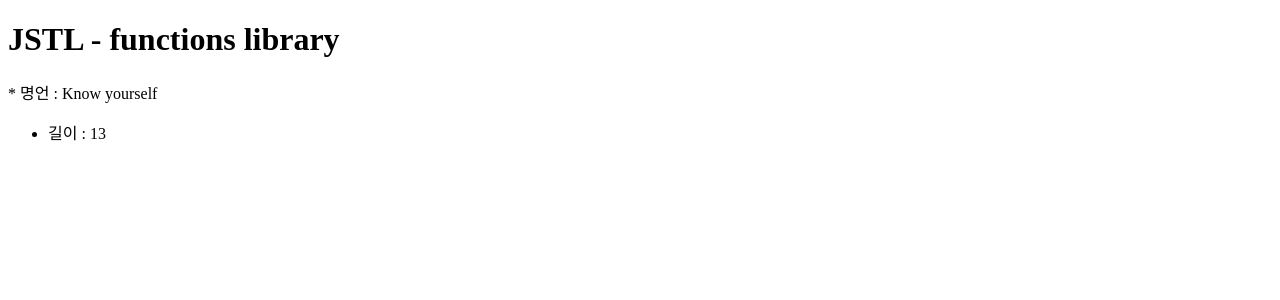
Repository: Developer-Choi-Jae-Young/ServletPractice
Page: http://localhost/3_elAction/views/3_Custom_Action/03_fn.jsp
These files come from the project's save history. The page is drawn as it stood at one moment and after a run of saves; the edit follows.
The browser window is 1280 px wide. The pictures show the whole page.
The page is served by Tomcat 9. Other server files are loaded and not shown.

Above is the page before, as saved 2024-08-28 02:20:49.

### 3_elAction/src/main/webapp/views/3_Custom_Action/03_fn.jsp
<%@ page language="java" contentType="text/html; charset=UTF-8"
    pageEncoding="UTF-8"%>
<%@ taglib prefix="c" uri="http://java.sun.com/jsp/jstl/core" %>
<%@ taglib prefix="fn" uri="http://java.sun.com/jsp/jstl/functions" %>
<!DOCTYPE html>
<html>
<head>
<meta charset="UTF-8">
<title>JSTL - fn</title>
</head>
<body>
	<h1>JSTL - functions library</h1>

	<c:set var="qt" value="Know yourself"/>

	* 명언 : ${ qt } <br>

	<ul>
		<li>
			길이 : ${ qt.length() }
		</li>
	</ul>
</body>
</html>

After the next 2 saves:
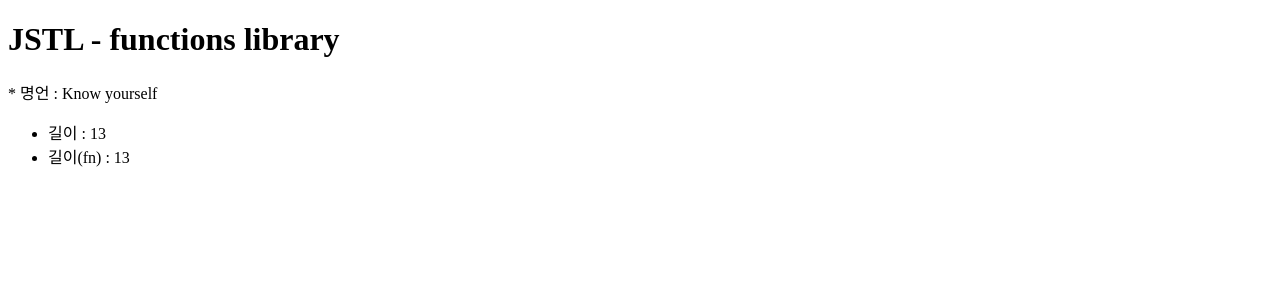
The 2 saves are shown as one change because 1 did not build or start.
The last was saved 51 s later.
--- a/3_elAction/src/main/webapp/views/3_Custom_Action/03_fn.jsp
+++ b/3_elAction/src/main/webapp/views/3_Custom_Action/03_fn.jsp
@@ -19,6 +19,9 @@
 		<li>
 			길이 : ${ qt.length() }
 		</li>
+		<li>
+			길이(fn) : ${ fn:length(qt) }
+		</li>
 	</ul>
 </body>
 </html>
